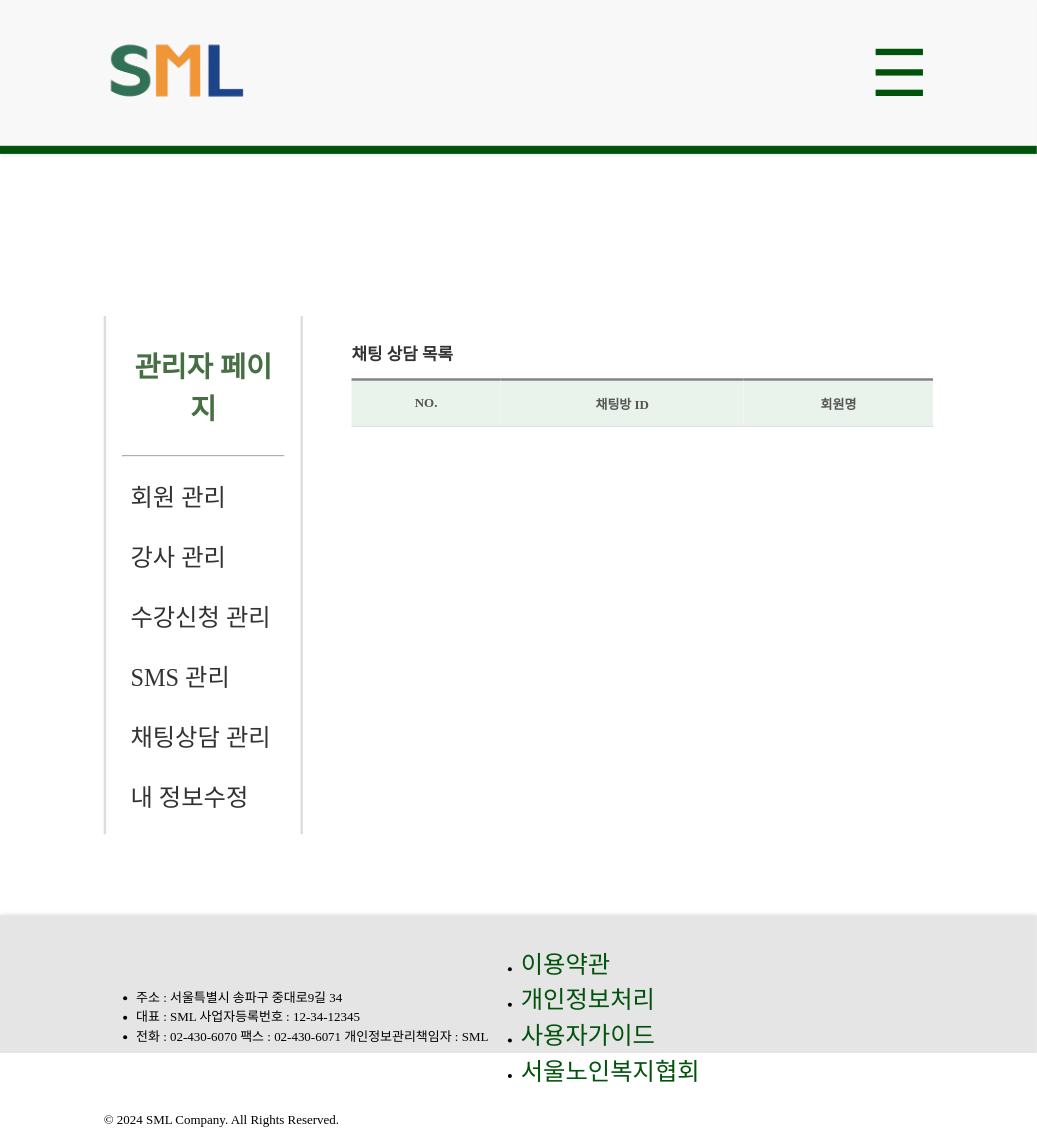
Repository: SML-SpringInMyLife/SML
Page: http://localhost/SML/WEB-INF/views/admin/chat.jsp
The author's editor kept a copy of each file at every save. The page is drawn from the files as they stood at one save, then again after the next save.
The browser window is 1280 px wide. The pictures show the whole page, at 81% of full size.
Some icons come from a web library that is not loaded, so they are not drawn. Some web fonts or font styles are not loaded; a fallback is used. The page is served by Tomcat 9. Nobody is signed in. Other server files are loaded and not shown. The template is opened directly, without the code that normally fills it, so the values that code supplies are empty.

Above is the page before, as saved 2024-07-30 02:04:04.
Console error: ReferenceError: startChat is not defined

### SML/src/main/webapp/WEB-INF/views/admin/chat.jsp
<%@ page language="java" contentType="text/html; charset=UTF-8"
	pageEncoding="UTF-8"%>
<%@ taglib uri="http://java.sun.com/jsp/jstl/core" prefix="c"%>
<!DOCTYPE html>
<html>
<head>
<meta charset="UTF-8">
<title>Chat Consultation List</title>
<link rel="stylesheet"
	href="${webappRoot}/resources/css/common/common.css">
<link rel='stylesheet'
	href='https://cdn-uicons.flaticon.com/2.5.1/uicons-bold-rounded/css/uicons-bold-rounded.css'>
<script src="https://code.jquery.com/jquery-3.6.0.min.js"></script>
<script
	src="https://ajax.googleapis.com/ajax/libs/jquery/3.5.1/jquery.min.js"></script>
</head>
<body>
	<!-- 헤더 영역 포함 -->
	<jsp:include page="/WEB-INF/views/common/header.jsp" />

	<!-- 채팅 상담 목록 메인 내용을 여기에 작성 -->
	<main>
		<div class="admin-container">
			<jsp:include page="/WEB-INF/views/admin/adminMenu.jsp" />

			<div class="admin-main-content" id="chatList">
				<h2>채팅 상담 목록</h2>
				<table class="stats-table">
					<thead>
						<tr>
							<th>NO.</th>
							<th>채팅방 ID</th>
							<th>회원명</th>
						</tr>
					</thead>
					<tbody id="chat-room-list">
						<!-- 여기에 동적으로 채팅방 목록이 추가됨 -->
					</tbody>
				</table>
			</div>
		</div>
	</main>

	<!-- 푸터 영역 포함 -->
	<jsp:include page="/WEB-INF/views/common/footer.jsp" />

	<script>
		// 채팅방 목록을 갱신하는 함수
		function updateChatRooms() {
			$.ajax({
			    url: '/admin/chatRooms',
			    method: 'GET',
			    dataType: 'json', // JSON 형식으로 응답을 받도록 명시
			    success: function(response) {
			        let chatRooms = response.chatRooms; // 이미 JSON으로 파싱된 응답을 사용
			        let chatRoomList = $('#chat-room-list');
			        chatRoomList.empty(); // 기존 목록 제거

			        chatRooms.forEach(function(room, index) {
			            var status = index + 1;
			            chatRoomList.append('<tr data-id="' + room.id + '">'
			                                + '<td>' + status + '</td>'  // 자동 번호
			                                + '<td>' + room.id + '</td>'
			                                + '<td>' + room.name + '</td>' // 한글 이름
			                                + '</tr>');
			        });
					// 각 채팅방 클릭 이벤트 설정
					$('#chat-room-list tr').on('click', function() {
						const conversationId = $(this).data('id');
						console.log("채팅방 선택됨 ===> " + conversationId);

						const message = JSON.stringify({
							action : 'joinChatRoom',
							conversationId : conversationId
						});

						ws.send(message); // WebSocket을 통해 메시지 전송
						$('#chat-container').removeClass('hidden');
						$('#conversationId').val(conversationId); // 선택된 대화 ID 설정
					});
				},
				error : function(xhr, status, error) {
					console.error('채팅방 목록 가져오기 실패:', status, error);
				}
			});
		}

		// 페이지가 로드될 때 채팅방 목록을 갱신
		$(document).ready(function() {
			startChat(); // 채팅 연결 함수 호출
			updateChatRooms();
			// 10초마다 채팅방 목록을 갱신
			setInterval(updateChatRooms, 10000);
		});
	</script>
</body>
</html>

### SML/src/main/webapp/WEB-INF/views/common/header.jsp
<%@ page language="java" contentType="text/html; charset=UTF-8"
	pageEncoding="UTF-8"%>
<%@ taglib uri="http://java.sun.com/jsp/jstl/core" prefix="c"%>
<!DOCTYPE html>
<html>
<head>
<meta charset="UTF-8">
<title>Header</title>
<link rel="stylesheet"
	href="${webappRoot}/resources/css/common/common.css">
<link rel='stylesheet'
	href='https://cdn-uicons.flaticon.com/2.5.1/uicons-bold-rounded/css/uicons-bold-rounded.css'>
<script src="https://code.jquery.com/jquery-3.6.0.min.js"></script>
<script
	src="https://ajax.googleapis.com/ajax/libs/jquery/3.5.1/jquery.min.js"></script>
</head>
<body>
	<div id="quick-menu">
		<button id="enlarge-font-button"">
			<i class="fi fi-br-zoom-in"></i>
		</button>
		<button id="reduce-font-button">
			<i class="fi fi-br-zoom-out"></i>
		</button>
		<c:choose>
			<c:when test="${sessionScope.member.memAdminCheck == 1}">
				<a href="/admin/chat"><button>
						<i class="fi fi-br-comments-question-check"></i>
					</button> </a>
			</c:when>
			<c:otherwise>
				<button id="chat-start-button">
					<i class="fi fi-br-comments-question-check"></i>
				</button>
			</c:otherwise>
		</c:choose>
		<button id="scroll-top-button">
			<i class="fi fi-br-chevron-double-up"></i>
		</button>
	</div>

	<header>
		<div class="container">
			<div class="left-menu">
				<a href="/" class="main-link"> <img
					src="${webappRoot}/resources/images/logo.png" alt="Logo"
					class="logo">
				</a>
				<nav class="main-menu" id="main-menu">
					<ul>
						<li><a href="/notice/list">공지사항</a></li>
						<li><a href="/safty/list">생활정보</a></li>
						<li><a href="/location/map">위치찾기</a></li>
						<li><a href="/course/boardList">취미교실</a></li>
						<li><a href="/community/boardList">커뮤니티</a></li>
						<li><a href="/donation/main">후원하기</a></li>
					</ul>
				</nav>
			</div>
			<nav class="auth-menu" id="auth-menu">
				<ul>
					<c:choose>
						<c:when test="${not empty sessionScope.member}">
							<li><span class="welcome" id="memName">${sessionScope.member.memName}
									님</span><span class="memId" id="memId" style="display: none;">${sessionScope.member.memId}</span></li>
							<c:choose>
								<c:when test="${sessionScope.member.memAdminCheck == 1}">
									<li><a href="/admin/main">관리자페이지</a></li>
								</c:when>
								<c:otherwise>
									<li><a href="/member/memberCheck">마이페이지</a></li>
								</c:otherwise>
							</c:choose>
							<li><a href="/member/logout">로그아웃</a></li>
						</c:when>
						<c:otherwise>
							<li><a href="/member/login">로그인</a></li>
							<li><a href="/member/join">회원가입</a></li>
						</c:otherwise>
					</c:choose>
				</ul>
			</nav>
			<button class="hamburger" id="hamburger">&#9776;</button>
			<div class="mobile-menu" id="mobile-menu">
				<ul>
					<li><a href="/notice/list">공지사항</a></li>
					<li><a href="/safty/list">생활정보</a></li>
					<li><a href="/location/map">위치찾기</a></li>
					<li><a href="/course/boardList">취미교실</a></li>
					<li><a href="/community/boardList">커뮤니티</a></li>
					<li><a href="/donation/main">후원하기</a></li>
					<hr>
					<c:choose>
						<c:when test="${not empty sessionScope.member}">
							<c:choose>
								<c:when test="${sessionScope.member.memAdminCheck == 1}">
									<li><a href="/admin/main">관리자페이지</a></li>
								</c:when>
								<c:otherwise>
									<li><a href="/member/memberCheck">마이페이지</a></li>
								</c:otherwise>
							</c:choose>
							<li><a href="/member/logout">로그아웃</a></li>
						</c:when>
						<c:otherwise>
							<li><a href="/member/login">로그인</a></li>
							<li><a href="/member/join">회원가입</a></li>
						</c:otherwise>
					</c:choose>
				</ul>
			</div>
		</div>
	</header>

	<!-- 채팅 팝업 설정 -->
	<div id="chat-container" class="hidden">
		<%-- <c:choose>
			<c:when test="${sessionScope.member.memAdminCheck == 1}">
				<div id="chat-header">
					<span> 채팅 상담 💬 </span>
					<!-- <h3>Chat Rooms</h3>
					<div id="roomList"></div> -->
					<button class="sizeBtn" onclick="minimizeChat()">⎯</button>
					<!-- 최소화 버튼 -->
					<button class="closeBtn" onclick="closeChat()">❌</button>
				</div>
				<div id="chat-box"></div>
				<div id="chat-input">
					<input type="text" id="message-input" placeholder="메시지를 입력하세요.">
					<button class="sendBtn" onclick="sendMessage()">전송</button>
				</div>
			</c:when>
			<c:otherwise> --%>
		<div id="chat-header">
			<span> 채팅 상담 💬 </span>
			<button class="sizeBtn" onclick="minimizeChat()">⎯</button>
			<!-- 최소화 버튼 -->
			<button class="closeBtn" onclick="closeChat()">❌</button>
		</div>
		<div id="chat-box"></div>
		<div id="chat-input">
			<input type="text" id="message-input" placeholder="메시지를 입력하세요.">

			<input type="hidden" id="conversationId" value="">

			<button class="sendBtn" onclick="sendMessage()">전송</button>
		</div>
		<%-- </c:otherwise>
		</c:choose> --%>
	</div>

	<div id="close-chat-modal" class="modal hidden">
		<div class="modal-content">
			<p>채팅(상담)을 종료하시겠습니까?</p>
			<button onclick="confirmCloseChat()">종료</button>
			<button onclick="cancelCloseChat()">취소</button>
		</div>
	</div>
	<script src="${webappRoot}/resources/js/common.js"></script>

</body>
</html>

### SML/src/main/webapp/WEB-INF/views/admin/adminMenu.jsp
<%@ page language="java" contentType="text/html; charset=UTF-8"
	pageEncoding="UTF-8"%>
<%@ taglib uri="http://java.sun.com/jsp/jstl/core" prefix="c"%>
<%
String requestURI = request.getRequestURI();
String basePath = "/admin/";
String pagePath = requestURI.substring(requestURI.indexOf(basePath) + basePath.length());
pagePath = pagePath.replace(".jsp", "");
// System.out.println(pagePath);

if (pagePath == null || pagePath.isEmpty()) {
	pagePath = "main";
}
%>
<!DOCTYPE html>
<html>
<head>
<meta charset="UTF-8">
<title>Insert title here</title>
<link rel="stylesheet"
	href="${webappRoot}/resources/css/common/common.css">
<link rel="stylesheet"
	href="${webappRoot}/resources/css/admin/admin.css">
</head>
<body>

	<nav class="admin-menu">
		<a href="/admin/main"><h3>관리자 페이지</h3></a>
		<hr>
		<ul>
			<li><a href="/admin/members">회원 관리</a></li>
			<li><a href="/admin/teacher/list">강사 관리</a></li>
			<li><a href="/admin/courseApplycant">수강신청 관리</a></li>
			<li><a href="/admin/sms">SMS 관리</a></li>
			<li><a href="/admin/chatList">채팅상담 관리</a></li>
			<li><a href="/admin/adminInfo">내 정보수정</a></li>
		</ul>
	</nav>

	<script src="${webappRoot}/resources/js/admin/admin.js"></script>
</body>
</html>

### SML/src/main/webapp/WEB-INF/views/common/footer.jsp
<%@ page language="java" contentType="text/html; charset=UTF-8"
	pageEncoding="UTF-8"%>
<!DOCTYPE html>
<html>
<head>
<meta charset="UTF-8">
<title>Footer</title>
<link rel="stylesheet"
	href="${webappRoot}/resources/css/common/common.css">
</head>
<body>
	<footer>
		<div class="footer-container">
			<div class="footer-left">
				<ul class="footer-address">
					<li>주소 : 서울특별시 송파구 중대로9길 34</li>
					<li>대표 : SML 사업자등록번호 : 12-34-12345</li>
					<li>전화 : 02-430-6070 팩스 : 02-430-6071 개인정보관리책임자 : SML</li>
				</ul>
				<ul class="footer-links">
					<li><a href="#">이용약관</a></li>
					<li><a href="#">개인정보처리</a></li>
					<li><a href="#">사용자가이드</a></li>
					<li><a href="#">서울노인복지협회</a></li>
				</ul>
			</div>
			<p class="footer-copy">© 2024 SML Company. All Rights Reserved.</p>
		</div>
	</footer>
</body>
</html>

### SML/src/main/webapp/resources/css/common/common.css
@charset "UTF-8";

/* 전체 기본 폰트 설정 */
@font-face {
    font-family: 'WAGURITTF';
    src: url('https://fastly.jsdelivr.net/gh/projectnoonnu/2403@1.0/WAGURITTF.woff2') format('woff2');
    font-weight: normal;
    font-style: normal;
}

body {
	font-family: 'WAGURITTF';
	margin: 0;
	padding: 0;
	box-sizing: border-box;
}

/* 헤더(네비게이션) 영역 */
header {
	width: 100%;
	height: 180px;
	background-color: #f8f8f8;
	display: flex;
	justify-content: center;
	align-items: center;
	position: fixed; /* 위치 고정 */
	top: 0; /* 화면 상단에 위치 */
	z-index: 1000;
	box-shadow: 0 2px 5px rgba(0, 0, 0, 0.1);
	border-bottom: 10px solid #01530c;
}

.container {
	width: 80%;
	max-width: 1240px;
	display: flex;
	justify-content: space-between;
	align-items: center;
	position: relative; /* 상대적 위치 설정 (모바일 메뉴 조정용) */
}

.logo {
	width: 180px;
	height: auto;
}

.main-menu ul, .auth-menu ul {
	list-style: none;
	padding: 0;
	margin: 0;
	display: flex;
}

.main-menu li {
	margin-right: 50px;
}

.main-menu li:hover, .auth-menu li:hover, .mobile-menu li:hover {
	font-weight: 900;
}

.auth-menu li {
	margin-left: 20px;
}

.auth-menu {
	display: flex;
	align-items: right;
	position: relative; /* 상대적 위치 설정 (햄버거 메뉴 조정용) */
}

a {
	text-decoration: none;
	color: #01530c;
	font-size: 30px;
}

.hamburger-container {
	position: relative;
}

.hamburger {
	display: none;
	background: none;
	border: none;
	font-size: 80px; /* 폰트 크기 설정 (햄버거 아이콘 크기) */
	cursor: pointer; /* 클릭 가능한 커서 설정 */
	margin-left: 20px;
	color: #01530c;
}

.mobile-menu {
	display: none;
	position: absolute;
	top: calc(100% + 5px); /* 버튼 아래에 약간의 여백 추가 */
	right: 0; /* 버튼 오른쪽 끝에 위치 */
	width: 150px;
	background-color: #f8f8f8;
	box-shadow: 0 2px 5px rgba(0, 0, 0, 0.1);
	z-index: 999; /* 햄버거 버튼보다 뒤에 위치하도록 설정 */
	border: 1px solid #ddd;
}

.mobile-menu ul {
	list-style: none;
	padding: 20px;
	margin: 0;
}

.mobile-menu li {
	margin-bottom: 10px;
}

/* 화면 너비가 1400px 이하일 때, 네비게이션 메뉴 비활성화, 햄버거 버튼 및 메뉴 팝업 활성화 */
@media ( max-width : 1400px) {
	.main-menu, .auth-menu {
		display: none; /* 메인 메뉴와 인증 메뉴 숨기기 */
	}
	.hamburger {
		display: block; /* 햄버거 버튼 표시 */
	}
}

.main-container {
	position: relative; /* 상대적 위치 설정 */
	height: 100vh; /* 전체 뷰포트 높이 */
	margin-top: 190px; /* 헤더 높이만큼 여백 추가 */
	background-image: url('/resources/images/mainPage.jpg');
	background-repeat: no-repeat;
	background-size: cover;
	background-position: center;
	display: flex;
	justify-content: center;
	align-items: center;
	overflow: hidden; /* 컨테이너의 오버플로우 방지 */
}

.main-container::before {
	content: ""; /* 가상 요소에 내용 없음 */
	position: absolute; /* 절대 위치 설정 */
	top: 0;
	left: 0;
	right: 0;
	bottom: 0;
	background: rgba(0, 0, 0, 0.5); /* 50% 투명도의 검정색 오버레이 */
	pointer-events: none; /* 오버레이 아래의 요소와 상호작용 가능 */
	z-index: 1; /* 텍스트 위에 위치하도록 설정 */
}

.main-text {
	position: relative; /* 오버레이 위에 위치하도록 설정 */
	z-index: 2;
	color: white; /* 흰색 텍스트 색상 */
	font-size: 3em;
	text-align: center; /* 텍스트 수평 중앙 정렬 */
	line-height: 1.2; /* 텍스트 가독성을 위한 줄 높이 조정 */
}

main {
	width: 80%;
	max-width: 1240px;
	margin: 0 auto;
	margin-top: 190px;
	padding-top: 50px;
	flex: 1;
	min-height: 500px;
}

/* 푸터 영역 */
footer {
	margin: 0;
	width: 100%;
	height: 130px;
	background-color: #e5e5e5;
	box-shadow: 0 -2px 5px rgba(0, 0, 0, 0.1);
	padding: 20px 0;
	position: relative;
}

.footer-container {
	width: 80%;
	max-width: 1240px;
	display: flex;
	justify-content: space-between;
	align-items: center;
	margin: 0 auto;
}

.footer-left {
	display: flex;
	align-items: center;
}

.footer-logo {
	width: 100px;
	height: auto;
	margin-right: 20px;
}

.footer-menu ul {
	list-style: none;
	padding: 0;
	margin: 0;
	display: flex;
}

.footer-menu li {
	margin-right: 20px;
}

.footer-menu li:last-child {
	margin-right: 0;
}

.footer-menu a {
	text-decoration: none;
	color: #01530c;
	font-size: 16px;
}

.footer-left p {
	color: #01530c;
	font-size: 16px;
}

/* 반응형 디자인: 화면 너비가 1400px 이하일 때 */
@media ( max-width : 1400px) {
	.footer-container {
		flex-direction: column; /* 열 방향으로 레이아웃 설정 */
		align-items: flex-start; /* 왼쪽 정렬 */
	}
	.footer-menu ul {
		flex-direction: column;
		align-items: flex-start;
	}
	.footer-menu li {
		margin-bottom: 10px;
	}
	.footer-menu li:last-child {
		margin-bottom: 0;
	}
}

Loaded but not shown: SML/src/main/webapp/resources/js/common.js (18 lines, source omitted); SML/src/main/webapp/resources/css/admin/admin.css (652 lines, source omitted); SML/src/main/webapp/resources/js/admin/admin.js (no copy from this time; the picture is the same without it)

After the next save:
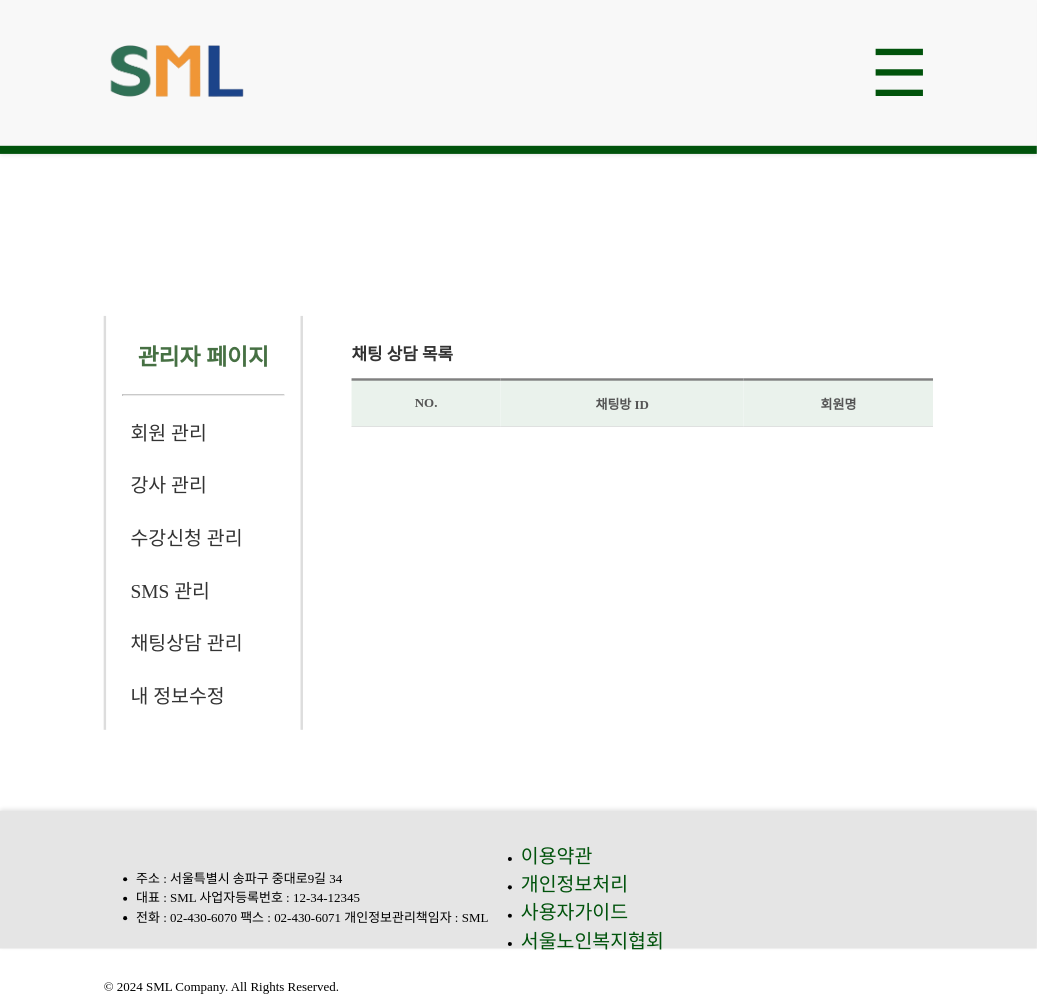
Saved 30 s later.
--- a/SML/src/main/webapp/resources/css/common/common.css
+++ b/SML/src/main/webapp/resources/css/common/common.css
@@ -72,7 +72,7 @@ header {
 a {
 	text-decoration: none;
 	color: #01530c;
-	font-size: 30px;
+	font-size: 24px;
 }
 
 .hamburger-container {
